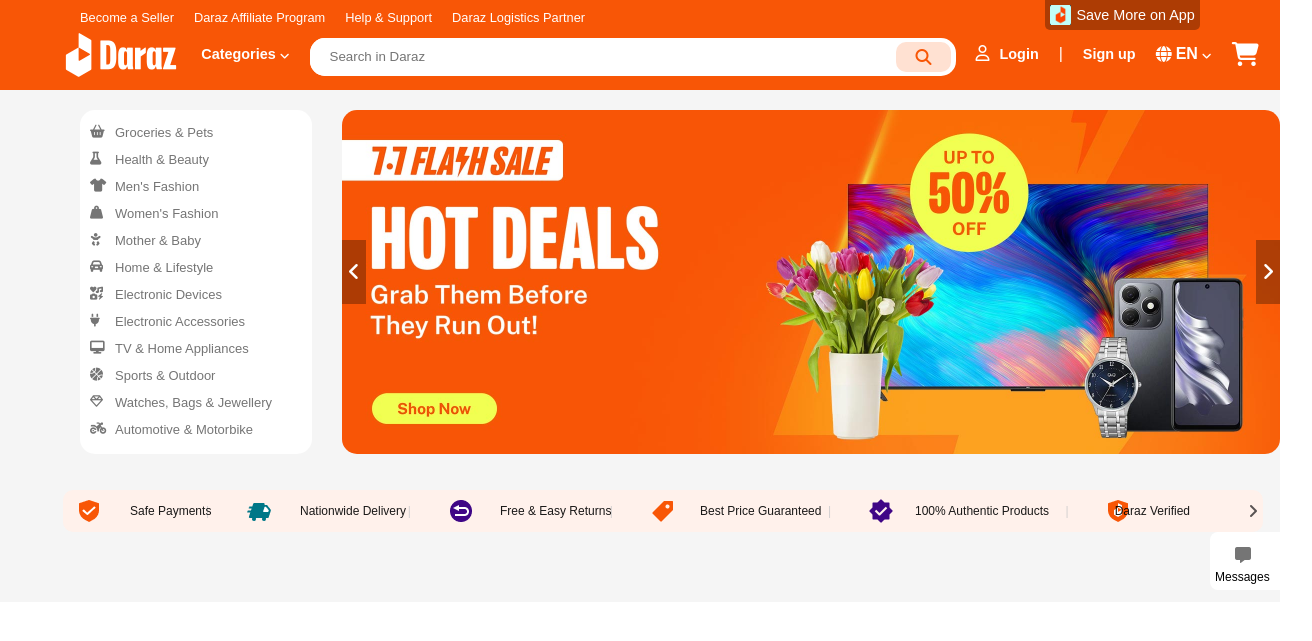
Repository: ubiadurrahman/Draz---Clone
Page: daraz.html
The author's editor kept a copy of each file at every save. The page is drawn from the files as they stood at one save, then again after the next save.
The browser window is 1280 px wide. The page is 1312 px wide, so the pictures cover 1312 px, including what lies to the right of the window. The pictures show the whole page.

Above is the page before, as saved 2024-07-10 22:37:08.

After the next save:
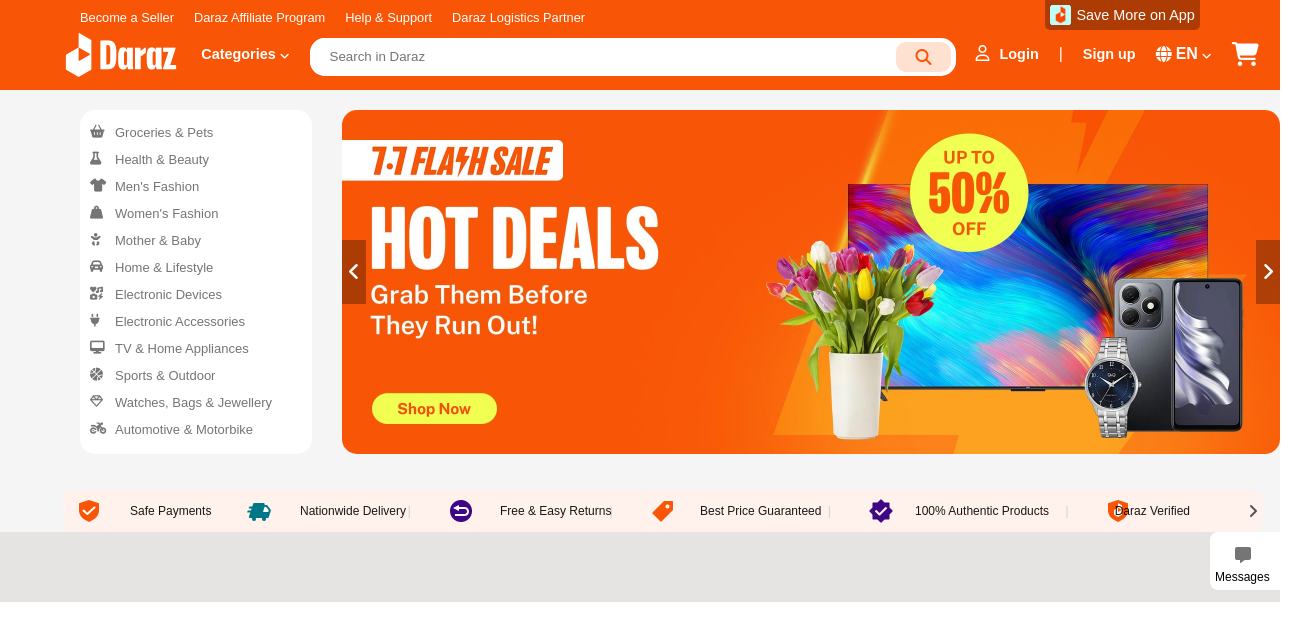
Saved 73 s later.
--- a/daraz.css
+++ b/daraz.css
@@ -425,7 +425,7 @@
 .m-box{
     width: 100%;
     height: 70px;
-    background-color: #f5f5f5;
+    background-color: #e6e3e3;
 }
 .msg-box {
     justify-content: center;
